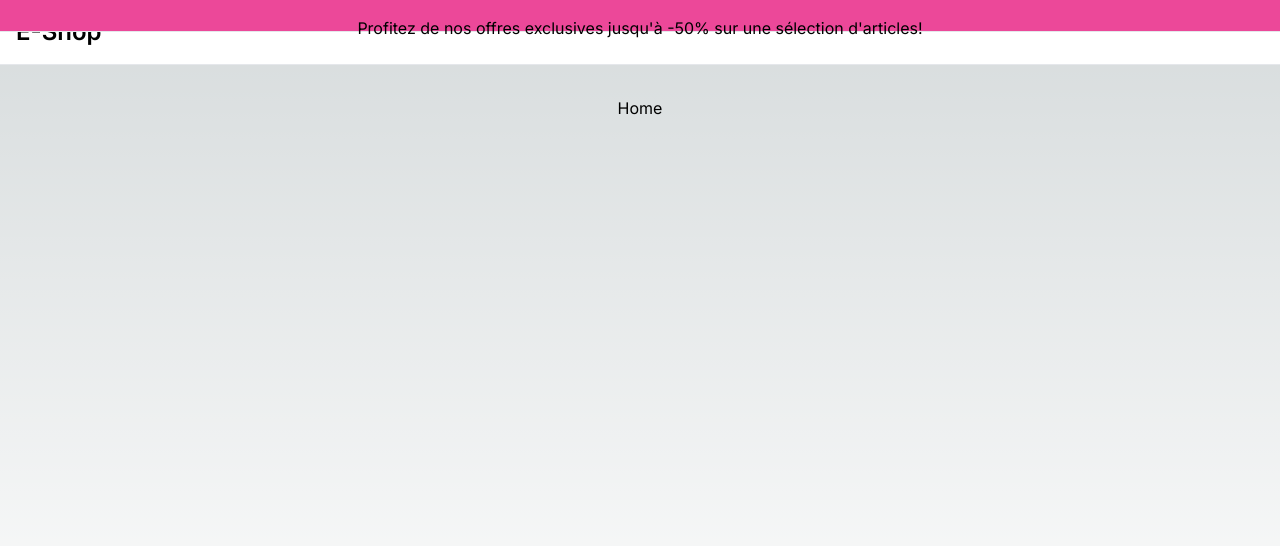
Repository: SDlevelUp/e-shop
Page: /
The author's editor kept a copy of each file at every save. The page is drawn from the files as they stood at one save, then again after the next save.
The browser window is 1280 px wide. The pictures show the whole page.
The project was rebuilt for these pictures with package versions that can differ from the ones it lists, and the page was loaded fresh each time. The framework's server and built-in components were replaced by stand-ins that run in the browser. Also part of the build but not shown: next.config.js.

Above is the page before, as saved 2023-08-29 09:02:45.

After the next save:
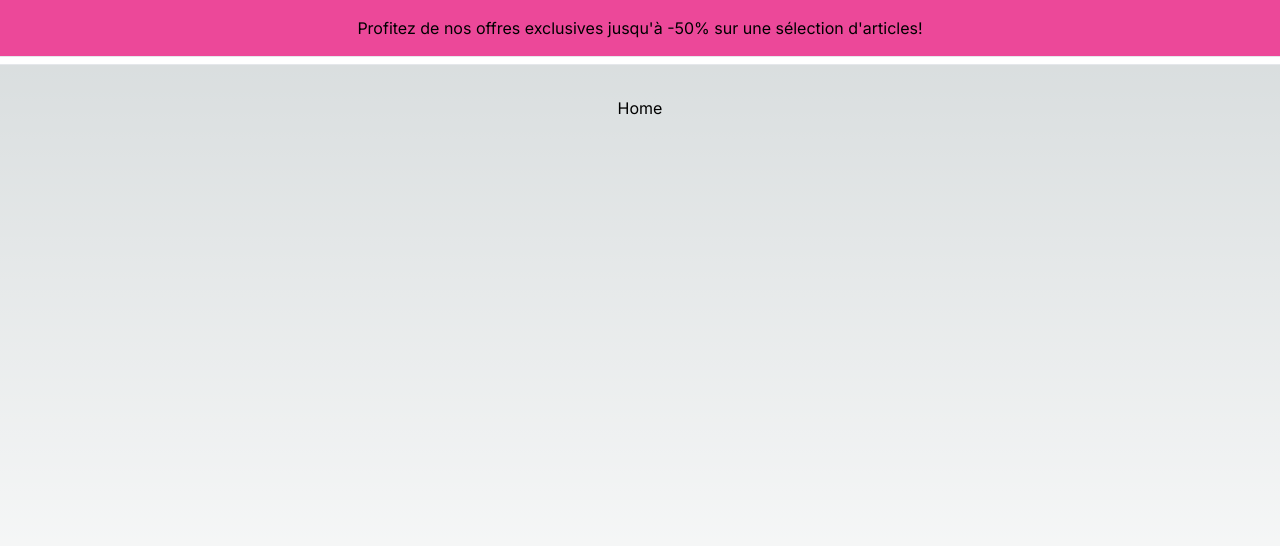
Saved 14 s later.
--- a/src/components/Banner/Banner.jsx
+++ b/src/components/Banner/Banner.jsx
@@ -3,7 +3,7 @@
 export default function Banner() {
     return (
         <>
-            <header className="bg-pink-500 z-20 fixed w-full top-0 left-0 border-b border-gray-200 h-8">
+            <header className="bg-pink-500 z-20 fixed w-full top-0 left-0 border-b border-gray-200 ">
                 <div className="max-w-screen-xl flex flex-wrap align-center justify-center mx-auto p-4">
                     <div className="flex items-center cursor-pointer">
                         <span className="items-center justify-center">
